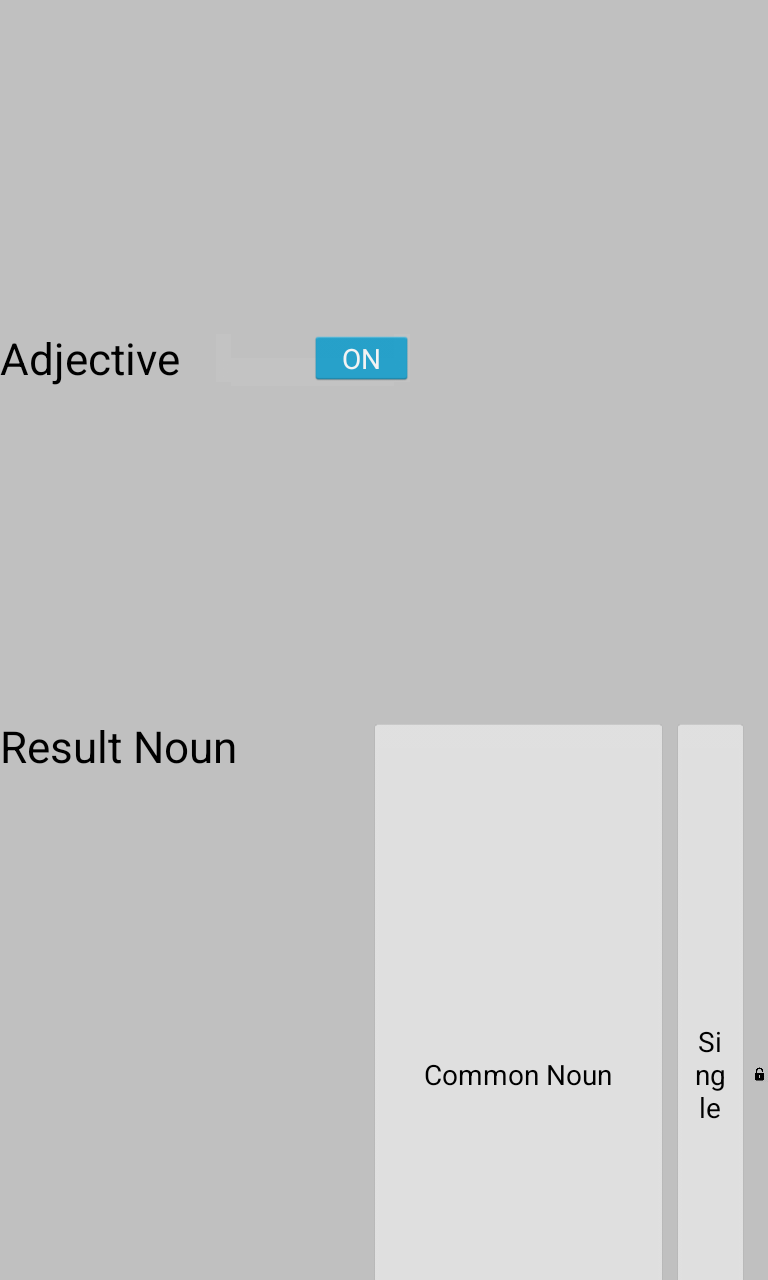
Repository: TheDizzler/TableTopTools
Layout: RPGTools/res/layout/fragment_result_controls.xml
An editor plug-in stored every save of this project. The layout is shown before and after the next save, followed by the edit.
It is drawn on a 768 x 1280 px phone screen (xhdpi) without system bars, with theme AppTheme; the app's code is not run.

Above is the layout before, as saved 2017-03-22 09:55:09.

After the next save:
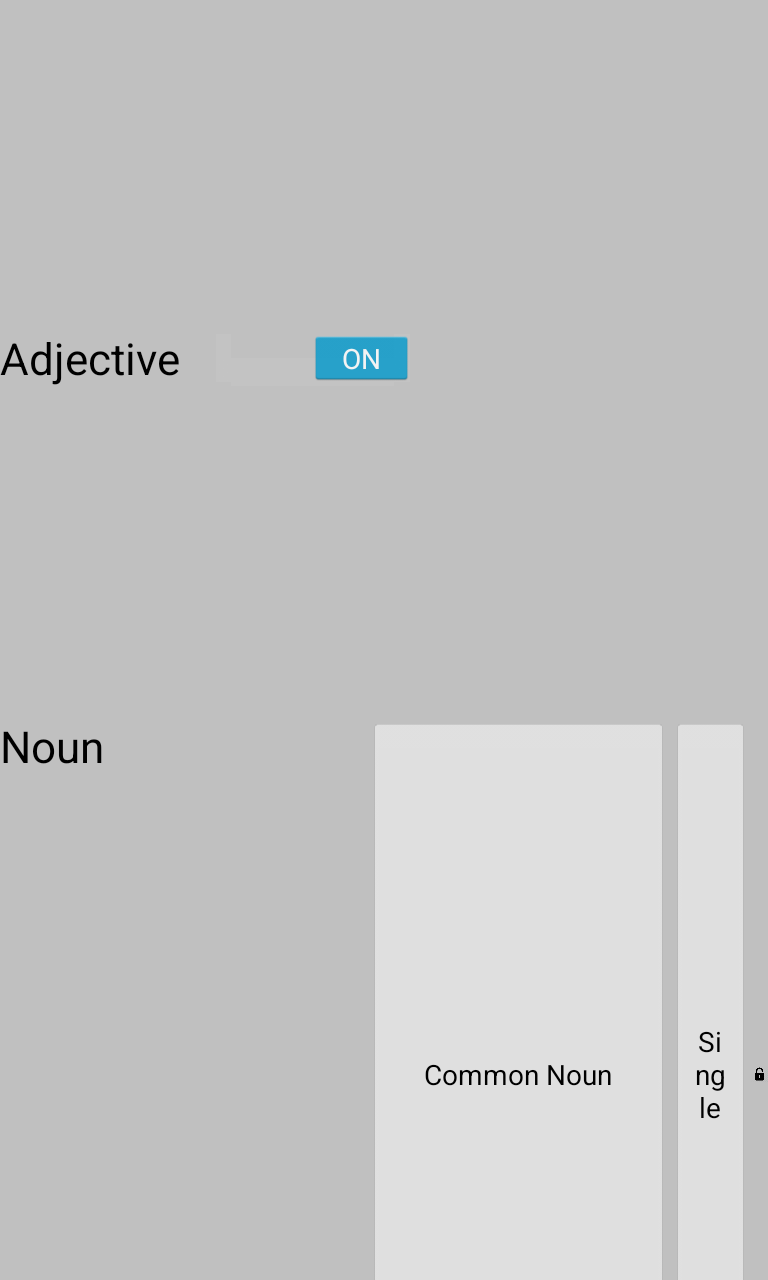
Saved 42 s later.
--- a/RPGTools/res/layout/fragment_result_controls.xml
+++ b/RPGTools/res/layout/fragment_result_controls.xml
@@ -53,7 +53,7 @@
             android:layout_height="match_parent"
             android:layout_span="1"
             android:layout_weight="1"
-            android:text="Result Noun"
+            android:text="Noun"
             android:textAppearance="?android:attr/textAppearanceLarge" />
 
         <ToggleButton
@@ -128,7 +128,7 @@
             android:layout_height="match_parent"
             android:layout_span="1"
             android:layout_weight="1"
-            android:text="Result Adverb"
+            android:text="Adverb"
             android:textAppearance="?android:attr/textAppearanceLarge" />
 
         <TextView
